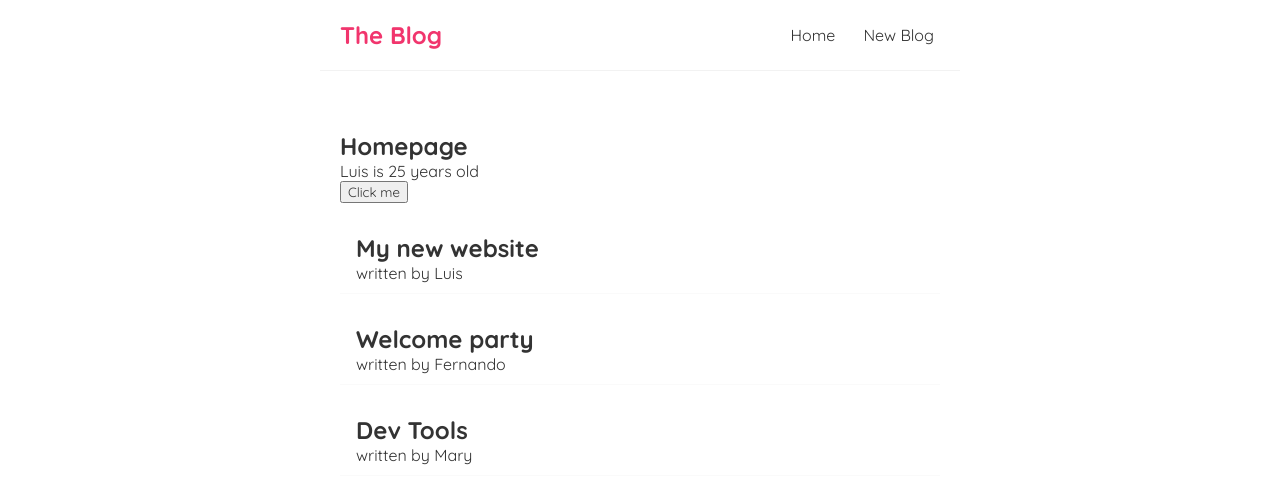
Repository: castilla-aurela/react-blog
Page: /
The author's editor kept a copy of each file at every save. The page is drawn from the files as they stood at one save, then again after the next save.
The browser window is 1280 px wide. The pictures show the whole page.
The pointer rests on the first visible `.blog-preview`.
The project was rebuilt for these pictures with package versions that can differ from the ones it lists, and the page was loaded fresh each time.

Above is the page before, as saved 2022-02-17 16:58:56.

### src/index.css
@import url('https://fonts.googleapis.com/css2?family=Quicksand:wght@300;400;500;600;700&display=swap');

/* base styles */

* {
  margin: 0;
  font-family: "Quicksand";
  color: #333;
}

.navbar {
  padding: 20px;
  display: flex;
  align-items: center;
  max-width: 600px;
  margin: 0 auto;
  border-bottom: 1px solid #f2f2f2;
}
.navbar h1 {
  color: #f1356d;
}
.navbar .links {
  margin-left: auto;
}
.navbar a {
  margin-left: 16px;
  text-decoration: none;
  padding: 6px;
}
.navbar a:hover {
  color: #f1356d;
}
.content {
  max-width: 600px;
  margin: 40px auto;
  padding: 20px;
}

/* Blog previews /  list */

.blog-preview{
  padding: 10px 16px;
  margin: 20px 0;
  border-bottom: 1px solid #fafafa;
}
.blog-preview:hover{
  box-shadow: 1px 3px 5px rgba(0,0,0,0);
}

### src/App.js

import Home from './Home';
import Navbar from './Navbar';


function App() {
  return (
    <div className="App">
      <Navbar/>
      <div className='content'>
        <Home/>
      </div>
    </div>
  );
}

export default App;

### src/Home.js
import { useState } from "react";

const Home = () => {
  //let name = 'Luis'
  const [name, setName] = useState("Luis");
  const [age, setAge] = useState(25);
  const [blogs, setBlogs] = useState([
    {
      tittle: "My new website",
      body: "lorem ipsum ...",
      author: "Luis",
      id: 1,
    },
    {
      tittle: "Welcome party",
      body: "lorem ipsum ...",
      author: "Fernando",
      id: 2,
    },
    { tittle: "Dev Tools", body: "lorem ipsum ...", author: "Mary", id: 3 },
  ]);

  const handleClick = () => {
    //name = "Fernando";
    //console.log(name)
    setName("Fernando");
    setAge(30);
  };

  return (
    <div className="home">
      <h2>Homepage</h2>
      <p>
        {name} is {age} years old
      </p>
      <button onClick={handleClick}>Click me</button>
      {blogs.map((blog) => (
        <div className="blog-preview" key={blog.id}>
          <h2>{blog.tittle}</h2>
          <p>written by {blog.author}</p>
        </div>
      ))}
    </div>
  );
};

export default Home;

### src/Navbar.js
const Navbar = () => {
    return (
        <nav className="navbar">
            <h1>The Blog</h1>
            <div className="links">
                <a href="/">Home</a>
                <a href="/create" >New Blog</a>
            </div>
        </nav>

     );
}

export default Navbar;

Loaded but not shown: public/index.html (common file); src/index.js (common file); public/manifest.json (common file)

After the next save:
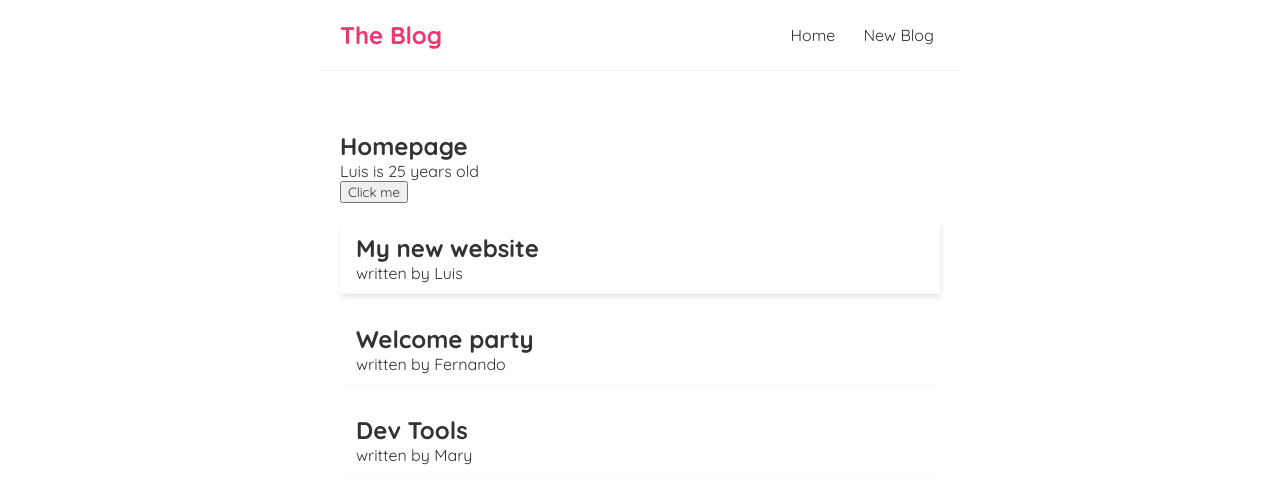
Saved 4 s later.
--- a/src/index.css
+++ b/src/index.css
@@ -44,5 +44,5 @@
   border-bottom: 1px solid #fafafa;
 }
 .blog-preview:hover{
-  box-shadow: 1px 3px 5px rgba(0,0,0,0);
+  box-shadow: 1px 3px 5px rgba(0,0,0,0.1);
 }
